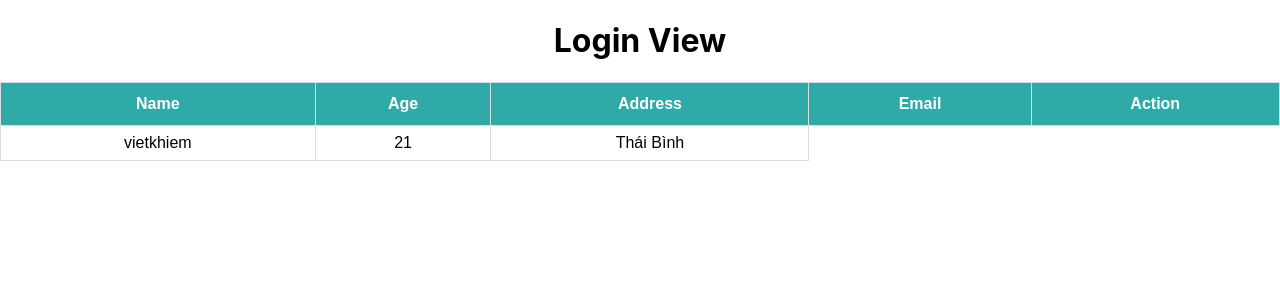
Repository: vietkhiem/TypeScript
Page: /
An editor plug-in stored every save of this project. The page is shown before and after the next save, followed by the edit.
The browser window is 1280 px wide. The pictures show the whole page.
The project was rebuilt for these pictures with package versions that can differ from the ones it lists, and the page was loaded fresh each time.

Above is the page before, as saved 2022-03-16 17:35:14.

### src/App.tsx
import React from 'react';
import './App.css';
import Login from './pages/login';
import TableCustom from './pages/table';


function App() {
  const students = [
    {
      name: 'vietkhiem',
      age: 21,
      address: 'Thái Bình'
    }
  ]
  return (
    <div className="App">
      {/* thêm view login vào trong App.tsx */}
        <Login />
        {/* thêm components table vào app */}
        <TableCustom rows={students} />

    </div>
  );
}

export default App;

### src/App.css
.App {
  text-align: center;
}

.App-logo {
  height: 40vmin;
  pointer-events: none;
}

@media (prefers-reduced-motion: no-preference) {
  .App-logo {
    animation: App-logo-spin infinite 20s linear;
  }
}

.App-header {
  background-color: #282c34;
  min-height: 100vh;
  display: flex;
  flex-direction: column;
  align-items: center;
  justify-content: center;
  font-size: calc(10px + 2vmin);
  color: white;
}

.App-link {
  color: #61dafb;
}

@keyframes App-logo-spin {
  from {
    transform: rotate(0deg);
  }
  to {
    transform: rotate(360deg);
  }
}
.customers {
  font-family: Arial, Helvetica, sans-serif;
  border-collapse: collapse;
  width: 100%;
}

.customers td, .customers th {
  border: 1px solid #ddd;
  padding: 8px;
}

.customers tr:nth-child(even){background-color: #f2f2f2;}

.customers tr:hover {background-color: #ddd;}

.customers th {
  padding-top: 12px;
  padding-bottom: 12px;
  text-align: center;
  background-color: rgb(48, 169, 169);
  color: white;
}

### src/pages/login/index.tsx
import React from 'react'

export default function Login() {
  return (
    <h1>Login View</h1>
  )
}

### src/pages/table/index.tsx
import React from "react";

type row = {
  name: string,
  age: number,
  address: string,
}
type TableProps = {
  rows: row[]
}
function Table({rows} : TableProps) {
    return (
      <table className="customers">
          <thead>
              <th>Name</th>
              <th>Age</th>
              <th>Address</th>
              <th>Email</th>
              <th>Action</th>
          </thead>
          <tbody>
              {
                rows.map(row => (
                  <tr>
                    <td>{row.name}</td>
                    <td>{row.age}</td>
                    <td>{row.address}</td>
                  </tr>
                ))
              }
          </tbody>
        </table>
    );
}
export default Table;

Loaded but not shown: public/index.html (common file); src/index.tsx (common file); src/index.css (common file); src/reportWebVitals.ts (common file)

After the next save:
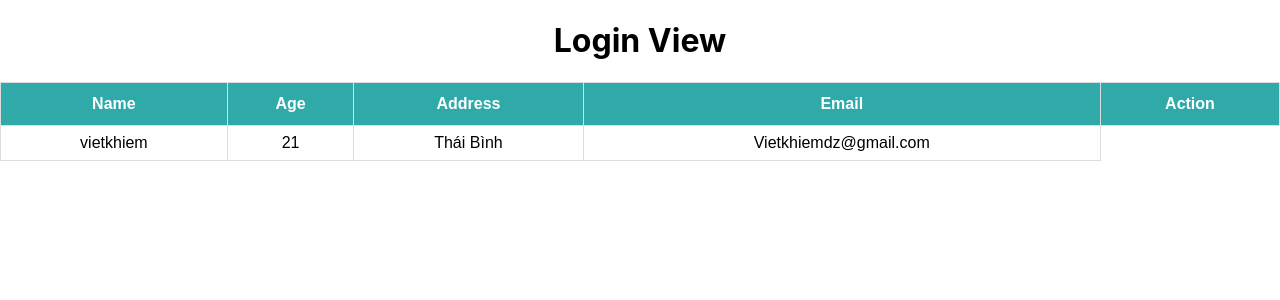
Saved 38 s later.
--- a/src/App.tsx
+++ b/src/App.tsx
@@ -9,7 +9,8 @@ function App() {
     {
       name: 'vietkhiem',
       age: 21,
-      address: 'Thái Bình'
+      address: 'Thái Bình',
+      email: 'Vietkhiemdz@gmail.com'
     }
   ]
   return (
--- a/src/pages/table/index.tsx
+++ b/src/pages/table/index.tsx
@@ -4,6 +4,7 @@ type row = {
   name: string,
   age: number,
   address: string,
+  email: string
 }
 type TableProps = {
   rows: row[]
@@ -25,6 +26,7 @@ function Table({rows} : TableProps) {
                     <td>{row.name}</td>
                     <td>{row.age}</td>
                     <td>{row.address}</td>
+                    <td>{row.email}</td>
                   </tr>
                 ))
               }
